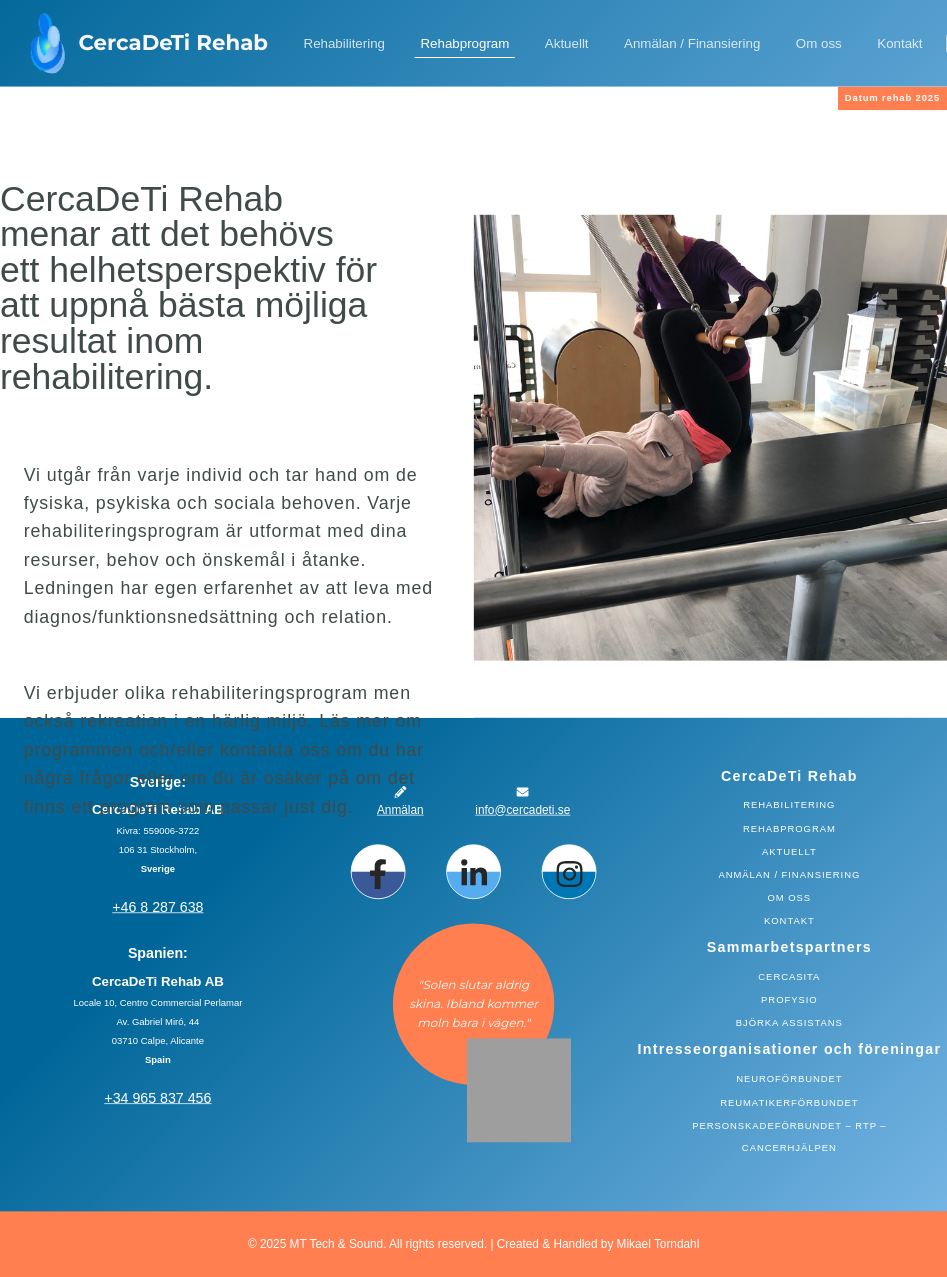
Repository: micketorndahl/CercaDeTi-rehab
Page: Rehabprogram.html
An editor plug-in stored every save of this project. The page is shown before and after a run of saves, followed by the edit.
The browser window is 1280 px wide. The pictures show the whole page, at 74% of full size.
Pictures or frames that could not be fetched are drawn as grey boxes. The page's requests for data from a server got no answer. Some web fonts or font styles are not loaded; a fallback is used. Some web libraries are served in a nearby version.

Above is the page before, as saved 2025-02-07 02:45:32.
Console error: TypeError: Cannot set properties of null (setting 'innerHTML')

After the next 2 saves:
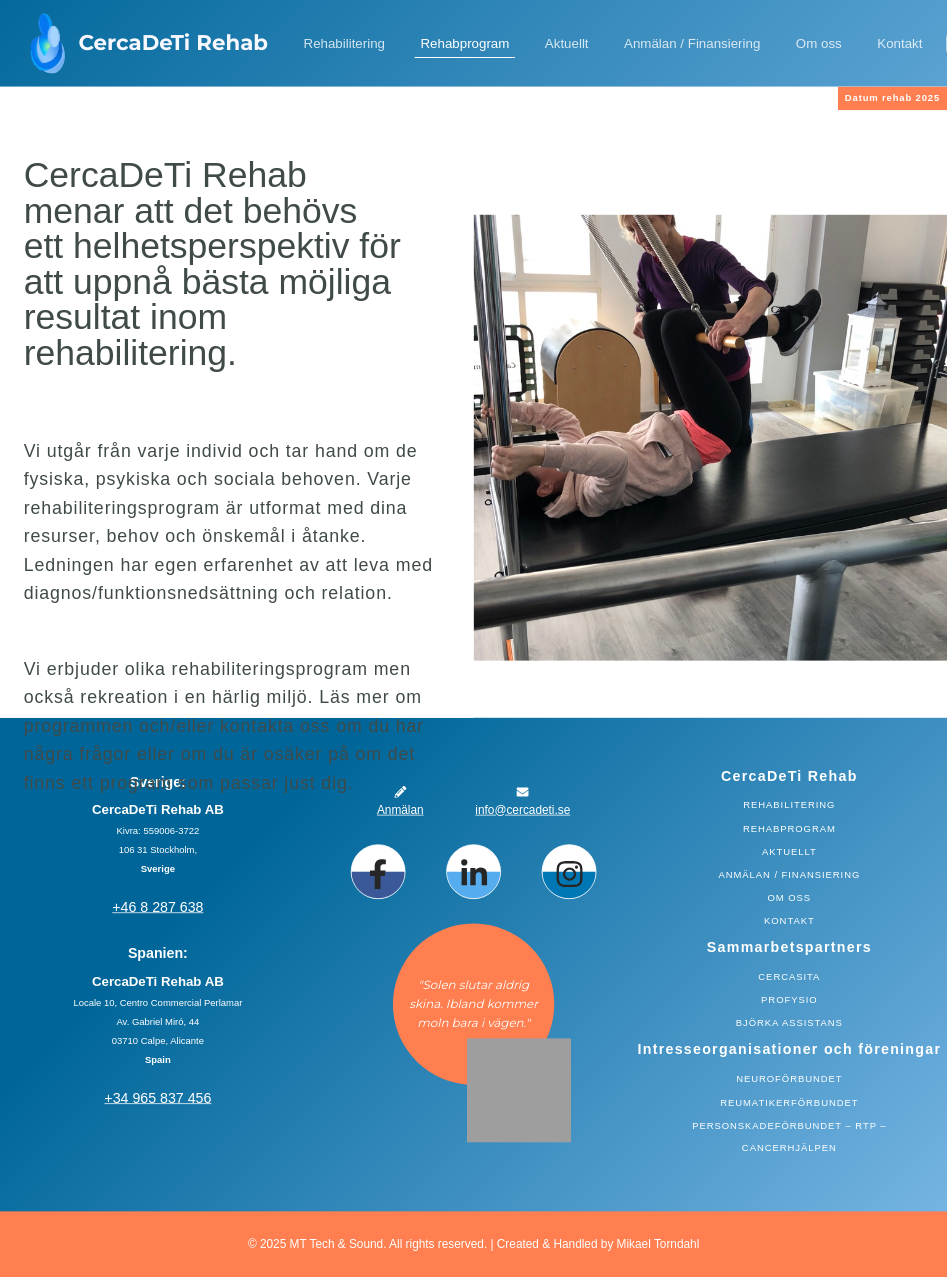
The 2 saves are shown as one change because they came seconds apart.
The last was saved 10 s later.
--- a/css/typography.css
+++ b/css/typography.css
@@ -130,7 +130,7 @@
   font-weight: 500;
   color: var(--text-gray);
   text-align: left;
-  margin-top: var(--margin);
+  margin-left: var(--margin);
   padding: 0;
   padding-bottom: 2vmax;
   width: 80%;
